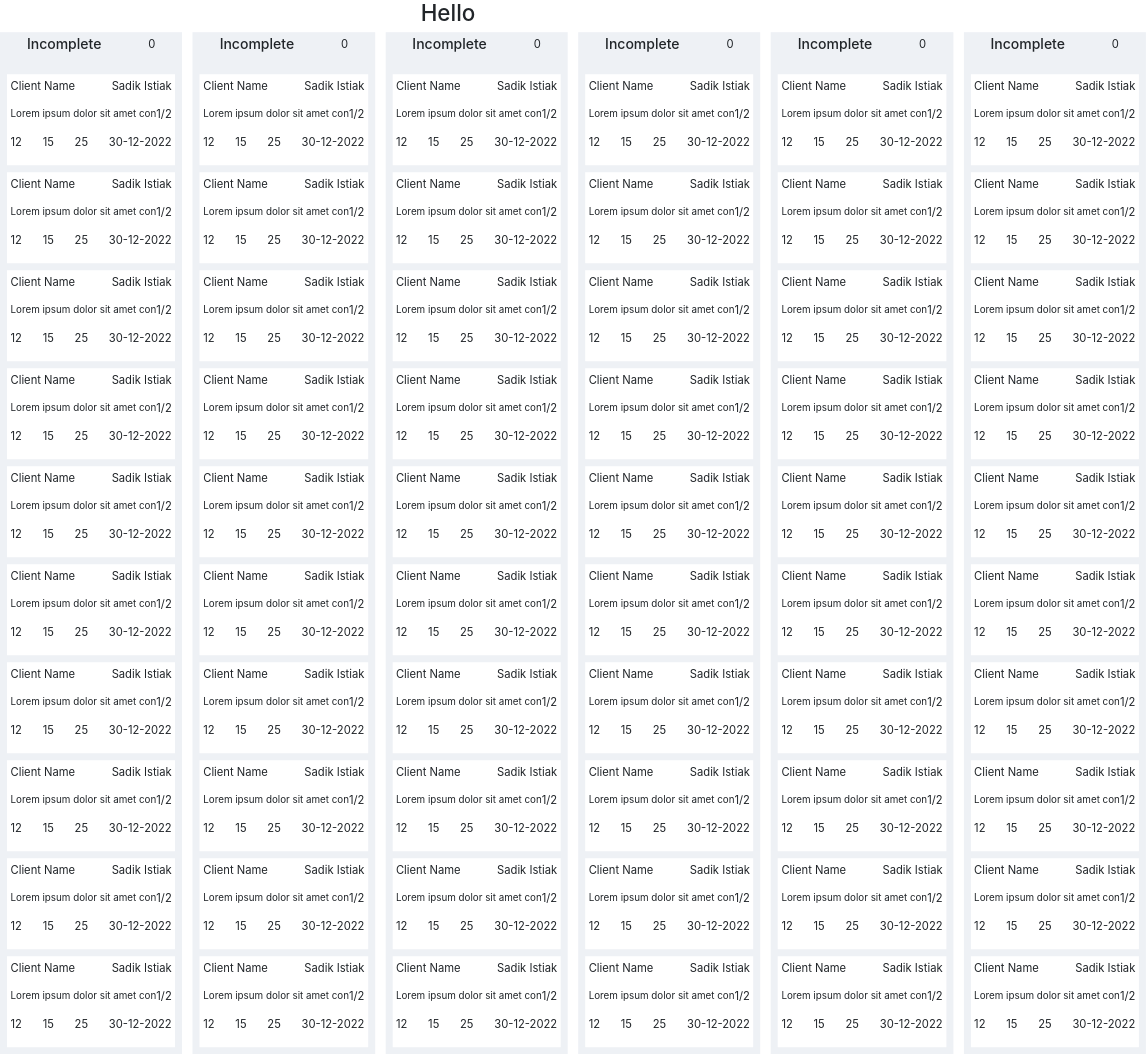
Repository: Sharif-00112/dashboard-task-frontend
Page: /
The author's editor kept a copy of each file at every save. The page is drawn from the files as they stood at one save, then again after the next save.
The browser window is 1280 px wide. The page is 1637 px wide, then 1280 px, so the pictures cover 1637 px, including what lies to the right of the window. The pictures show the whole page, at 70% of full size.
The project was rebuilt for these pictures with package versions that can differ from the ones it lists, and the page was loaded fresh each time.

Above is the page before, as saved 2023-01-28 20:49:35.

### src/index.js
import React from 'react';
import 'bootstrap/dist/css/bootstrap.css';
import ReactDOM from 'react-dom/client';
import './index.css';
import App from './App';
import reportWebVitals from './reportWebVitals';

const root = ReactDOM.createRoot(document.getElementById('root'));
root.render(
  <React.StrictMode>
    <App />
  </React.StrictMode>
);

// If you want to start measuring performance in your app, pass a function
// to log results (for example: reportWebVitals(console.log))
// or send to an analytics endpoint. Learn more: https://bit.ly/CRA-vitals
reportWebVitals();

### src/App.js
import './App.css';
import Dashboard from './Components/Dashboard';

function App() {
  return (
    <div className="App">

      <h2>Hello</h2>
      <Dashboard></Dashboard>
    </div>
  );
}

export default App;

### src/Components/Dashboard.js
import React from 'react';
import Incomplete from './Incomplete';

const Dashboard = () => {
    return (
        <div className='dashboard'>
            <Incomplete></Incomplete>
            <Incomplete></Incomplete>
            <Incomplete></Incomplete>
            <Incomplete></Incomplete>
            <Incomplete></Incomplete>
            <Incomplete></Incomplete>
        </div>
    );
};

export default Dashboard;

### src/Components/Incomplete.js
import React, { useState } from 'react';
import { useEffect } from 'react';
import './styles.css';
import Task from './Task';

const Incomplete = () => {
    const [tasks, setTasks] = useState([]);
    useEffect( ()=> {
        fetch('./tasks.JSON')
        .then(res => res.json())
        .then(data => setTasks(data))
    } ,[])
    return (
        <div className='background'>
            <div className="task-title">
                <h5>Incomplete</h5>
                <p>0</p>
            </div>
            <div id='scrolling-y' className="section-container">
                <div className="task-container">
                    {
                        tasks.map(task => <Task
                            key={task.taskNo}
                            task={task}
                        ></Task>)
                    }
                </div>
            </div>
        </div>
    );
};

export default Incomplete;

### src/Components/styles.css
.background{
    background-color: rgb(238, 241, 245);
}

#scrolling-y{
    overflow-y: scroll;
    white-space: nowrap;
}

#scrolling-x{
    overflow-y: scroll;
    white-space: nowrap;
}

.task-part{
    display: flex;
    justify-content: space-between;
}

.task-title{
    display: flex;
    justify-content: space-around;
    padding: 5px;
}

.task{
    background-color: white;
    margin: 10px;
    padding: 5px;
}

.dashboard{
    display: grid;
    grid-template-columns: 1fr 1fr 1fr 1fr 1fr 1fr;
    grid-gap: 15px;
}

### src/Components/Task.js
import React from 'react';
import './styles.css';

const Task = (props) => {
    const {clientName, clientImg, supervisorName, supervisorImg, taskSummary, progress, staff1Img, staff2Img, modules, message, attachment, date} = props.task;
    return (
        <div className='task'>
            <div className="task-part">
                <p>{clientName}</p>
                <p>{supervisorName}</p>
            </div>
            <div className="task-part">
                <small>{taskSummary.substring(0,30)}</small>
                <p>{progress}</p>
            </div>
            <div className="task-part">
                <p>{modules}</p>
                <p>{message}</p>
                <p>{attachment}</p>
                <p>{date}</p>
            </div>
        </div>
    );
};

export default Task;

### public/tasks.JSON
[
  {
    "taskNo": 1,
    "clientName": "Client Name",
    "clientImg": "clientIMG.jpg",
    "supervisorName": "Sadik Istiak",
    "supervisorImg": "supervisorIMG.jpg",
    "taskSummary": "Lorem ipsum dolor sit amet consectetur adipisicing elit. Pariatur velit nemo accusamus. Dolorum, doloribus quisquam unde repellat iusto voluptatum quasi?",
    "progress": "1/2",
    "staff1Img": "staff1.jpg",
    "staff2Img": "staff2.jpg",
    "modules": 12,
    "message": 15,
    "attachment": 25,
    "date": "30-12-2022"
  },
  {
    "taskNo": 2,
    "clientName": "Client Name",
    "clientImg": "clientIMG.jpg",
    "supervisorName": "Sadik Istiak",
    "supervisorImg": "supervisorIMG.jpg",
    "taskSummary": "Lorem ipsum dolor sit amet consectetur adipisicing elit. Pariatur velit nemo accusamus. Dolorum, doloribus quisquam unde repellat iusto voluptatum quasi?",
    "progress": "1/2",
    "staff1Img": "staff1.jpg",
    "staff2Img": "staff2.jpg",
    "modules": 12,
    "message": 15,
    "attachment": 25,
    "date": "30-12-2022"
  },
  {
    "taskNo": 3,
    "clientName": "Client Name",
    "clientImg": "clientIMG.jpg",
    "supervisorName": "Sadik Istiak",
    "supervisorImg": "supervisorIMG.jpg",
    "taskSummary": "Lorem ipsum dolor sit amet consectetur adipisicing elit. Pariatur velit nemo accusamus. Dolorum, doloribus quisquam unde repellat iusto voluptatum quasi?",
    "progress": "1/2",
    "staff1Img": "staff1.jpg",
    "staff2Img": "staff2.jpg",
    "modules": 12,
    "message": 15,
    "attachment": 25,
    "date": "30-12-2022"
  },
  {
    "taskNo": 4,
    "clientName": "Client Name",
    "clientImg": "clientIMG.jpg",
    "supervisorName": "Sadik Istiak",
    "supervisorImg": "supervisorIMG.jpg",
    "taskSummary": "Lorem ipsum dolor sit amet consectetur adipisicing elit. Pariatur velit nemo accusamus. Dolorum, doloribus quisquam unde repellat iusto voluptatum quasi?",
    "progress": "1/2",
    "staff1Img": "staff1.jpg",
    "staff2Img": "staff2.jpg",
    "modules": 12,
    "message": 15,
    "attachment": 25,
    "date": "30-12-2022"
  },
  {
    "taskNo": 5,
    "clientName": "Client Name",
    "clientImg": "clientIMG.jpg",
    "supervisorName": "Sadik Istiak",
    "supervisorImg": "supervisorIMG.jpg",
    "taskSummary": "Lorem ipsum dolor sit amet consectetur adipisicing elit. Pariatur velit nemo accusamus. Dolorum, doloribus quisquam unde repellat iusto voluptatum quasi?",
    "progress": "1/2",
    "staff1Img": "staff1.jpg",
    "staff2Img": "staff2.jpg",
    "modules": 12,
    "message": 15,
    "attachment": 25,
    "date": "30-12-2022"
  },
  {
    "taskNo": 6,
    "clientName": "Client Name",
    "clientImg": "clientIMG.jpg",
    "supervisorName": "Sadik Istiak",
    "supervisorImg": "supervisorIMG.jpg",
    "taskSummary": "Lorem ipsum dolor sit amet consectetur adipisicing elit. Pariatur velit nemo accusamus. Dolorum, doloribus quisquam unde repellat iusto voluptatum quasi?",
    "progress": "1/2",
    "staff1Img": "staff1.jpg",
    "staff2Img": "staff2.jpg",
    "modules": 12,
    "message": 15,
    "attachment": 25,
    "date": "30-12-2022"
  },
  {
    "taskNo": 7,
    "clientName": "Client Name",
    "clientImg": "clientIMG.jpg",
    "supervisorName": "Sadik Istiak",
    "supervisorImg": "supervisorIMG.jpg",
    "taskSummary": "Lorem ipsum dolor sit amet consectetur adipisicing elit. Pariatur velit nemo accusamus. Dolorum, doloribus quisquam unde repellat iusto voluptatum quasi?",
    "progress": "1/2",
    "staff1Img": "staff1.jpg",
    "staff2Img": "staff2.jpg",
    "modules": 12,
    "message": 15,
    "attachment": 25,
    "date": "30-12-2022"
  },
  {
    "taskNo": 8,
    "clientName": "Client Name",
    "clientImg": "clientIMG.jpg",
    "supervisorName": "Sadik Istiak",
    "supervisorImg": "supervisorIMG.jpg",
    "taskSummary": "Lorem ipsum dolor sit amet consectetur adipisicing elit. Pariatur velit nemo accusamus. Dolorum, doloribus quisquam unde repellat iusto voluptatum quasi?",
    "progress": "1/2",
    "staff1Img": "staff1.jpg",
    "staff2Img": "staff2.jpg",
    "modules": 12,
    "message": 15,
    "attachment": 25,
    "date": "30-12-2022"
  },
  {
    "taskNo": 9,
    "clientName": "Client Name",
    "clientImg": "clientIMG.jpg",
    "supervisorName": "Sadik Istiak",
    "supervisorImg": "supervisorIMG.jpg",
    "taskSummary": "Lorem ipsum dolor sit amet consectetur adipisicing elit. Pariatur velit nemo accusamus. Dolorum, doloribus quisquam unde repellat iusto voluptatum quasi?",
    "progress": "1/2",
    "staff1Img": "staff1.jpg",
    "staff2Img": "staff2.jpg",
    "modules": 12,
    "message": 15,
    "attachment": 25,
    "date": "30-12-2022"
  },
  {
    "taskNo": 10,
    "clientName": "Client Name",
    "clientImg": "clientIMG.jpg",
    "supervisorName": "Sadik Istiak",
    "supervisorImg": "supervisorIMG.jpg",
    "taskSummary": "Lorem ipsum dolor sit amet consectetur adipisicing elit. Pariatur velit nemo accusamus. Dolorum, doloribus quisquam unde repellat iusto voluptatum quasi?",
    "progress": "1/2",
    "staff1Img": "staff1.jpg",
    "staff2Img": "staff2.jpg",
    "modules": 12,
    "message": 15,
    "attachment": 25,
    "date": "30-12-2022"
  }
]

Loaded but not shown: public/index.html (common file); src/index.css (common file); src/reportWebVitals.js (common file); src/App.css (common file)

After the next save:
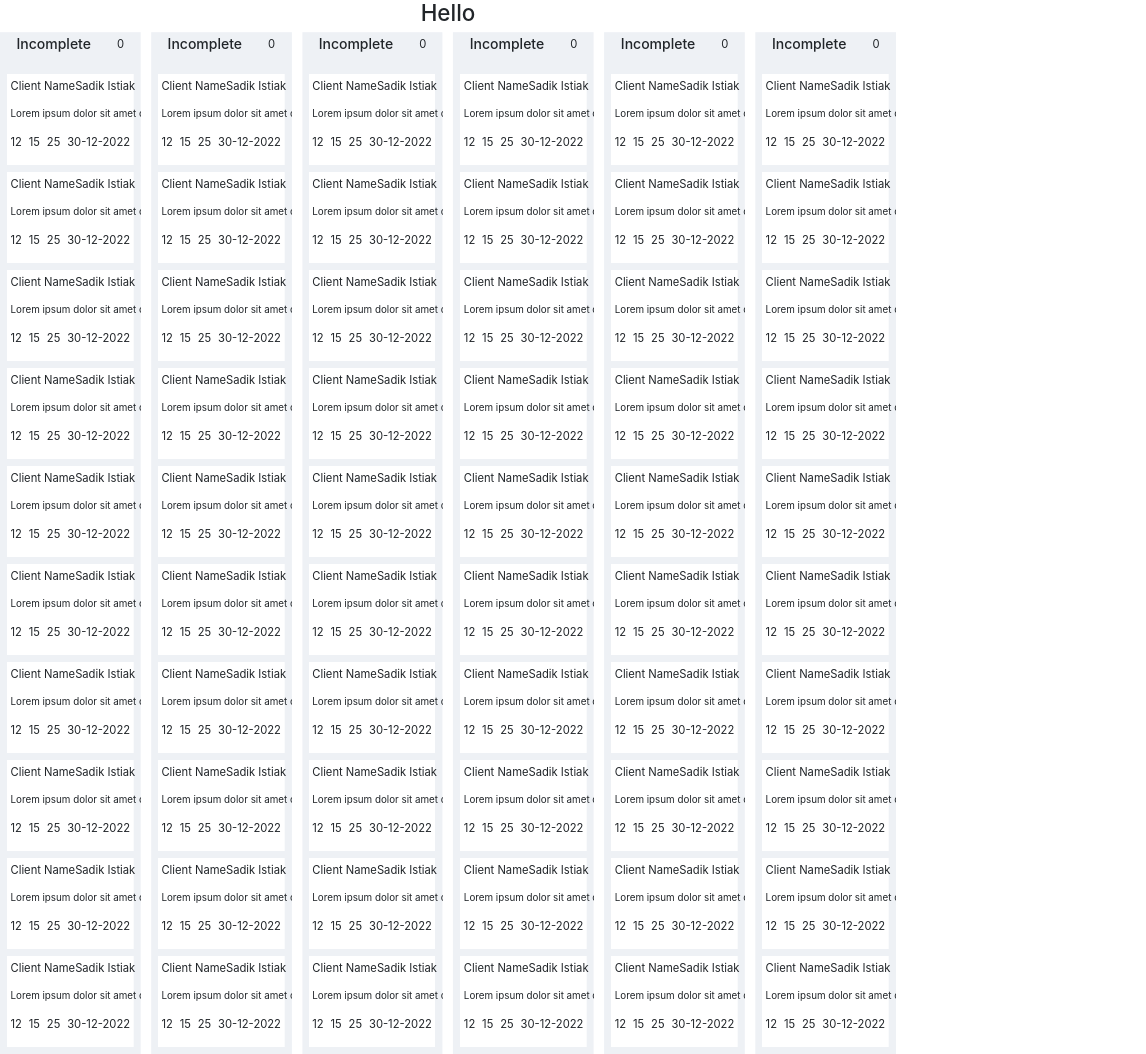
Saved 22 s later.
--- a/src/Components/Incomplete.js
+++ b/src/Components/Incomplete.js
@@ -11,7 +11,7 @@ const Incomplete = () => {
         .then(data => setTasks(data))
     } ,[])
     return (
-        <div className='background'>
+        <div id='scrolling-y' className='background'>
             <div className="task-title">
                 <h5>Incomplete</h5>
                 <p>0</p>
